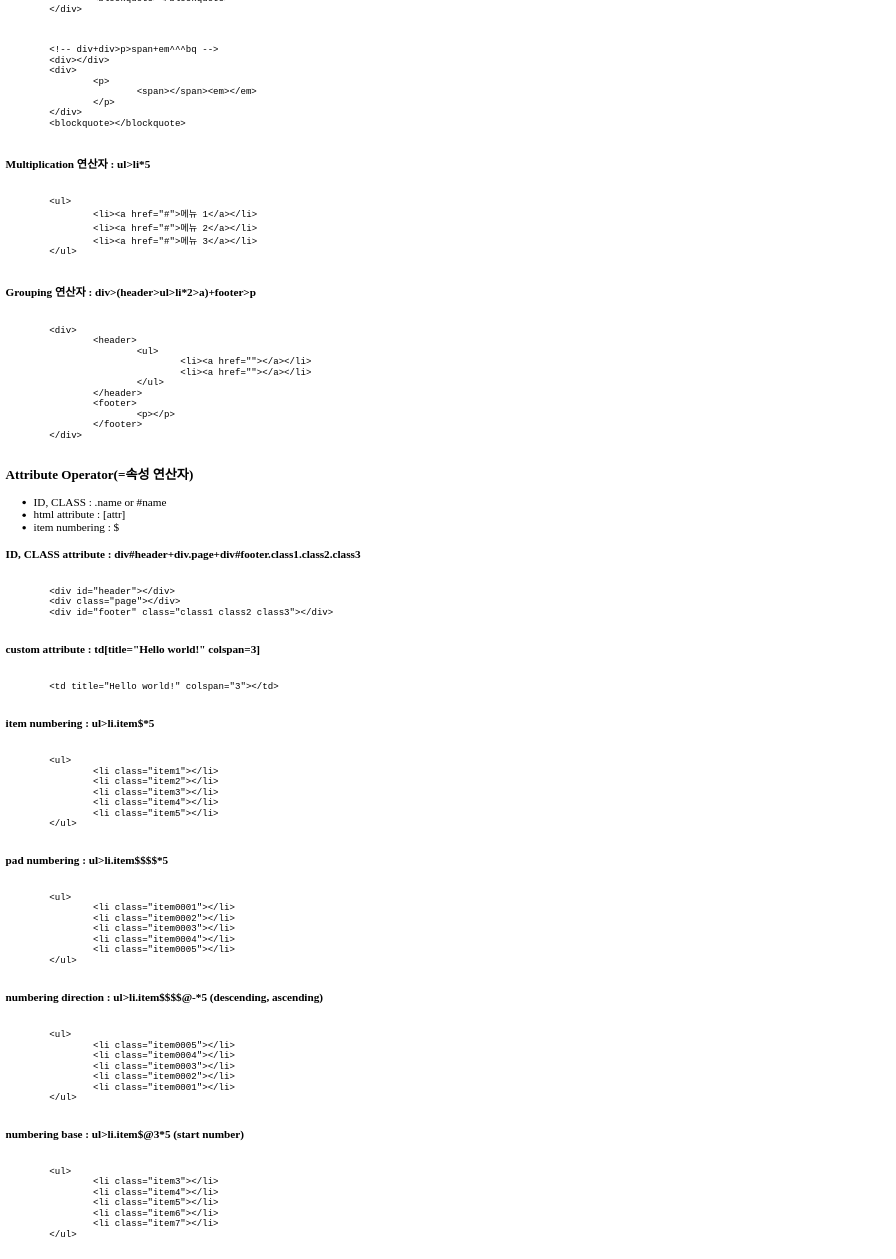
Repository: kvmhyvmvn/Study_WebUI
Page: WorkSpace/CloneCoding1/src/main/webapp/index.html
The author's editor kept a copy of each file at every save. The page is drawn from the files as they stood at one save, then again after the next save.
The browser window is 1280 px wide. The pictures show the part of the page from y = 1069 to 2989 px (the page is 2867 px tall before and 2989 px after), at 70% of full size.

Above is the page before, as saved 2023-05-30 07:44:59.

### WorkSpace/CloneCoding1/src/main/webapp/index.html
<!DOCTYPE html>
<html>
<head>
<meta charset="UTF-8">
<title>수코딩 클론</title>
<meta name="viewport" content="width=device-width, initial-scale=1.0">
</head>
<body>
	<!-- Emmet Syntax 실습 - https://docs.emmet.io/abbreviations/syntax/ -->
	<h1>Emmet이란?</h1>
	<p>코드를 고속으로 편집하거나 코딩하는데 필요한 플러그인으로 css와 문법이 유사합니다.</p>

	<h2>Emmet 사용법</h2>
	<h3>Element(=요소)</h3>
	<p>Emmet에서 HTML 마크업 요소를 작성할때는, 요소명을 적고 Tab(=확장)을 누르면 자동으로 HTML 요소로 만들어줍니다.</p>

	<h3>Nesting Operator(=중첩 연산자)</h3>
	<ul>
		<li>Child : > (자식, 자손요소 ==> 포함관계로 작성)</li>
		<li>Sibling : + (형제 ==> 중첩된 요소와 나란히 작성)</li>
		<li>Climb-Up : ^ (캐럿 ==> 중첩을 벗어나는 것)</li>
		<li>Multiplication : * (복제 ==> 여러 요소를 작성)</li>
		<li>Grouping : () (그룹은 그룹화)</li>
	</ul>

	<h4>Child 연산자 : div>ul>li</h4>
	<xmp>
	<div>
		<ul>
			<li>Child</li>
		</ul>
	</div>
	</xmp>

	<h4>Sibling 연산자 : div+p+bq</h4>
	<xmp>
	<div></div>
	<p></p>
	<blockquote></blockquote>
	</xmp>

	<h4>Climb-up 연산자 : div+div>p>span+em</h4>
	<xmp>
	<div></div>
	<div>
		<p>
			<span></span><em></em>
		</p>
	</div>
	</xmp>

	<xmp>
	<!-- div+div>p>span+em^bq -->
	<div></div>
	<div>
		<p>
			<span></span><em></em>
		</p>
		<blockquote></blockquote>
	</div>
	</xmp>

	<xmp>
	<!-- div+div>p>span+em^^^bq -->
	<div></div>
	<div>
		<p>
			<span></span><em></em>
		</p>
	</div>
	<blockquote></blockquote>
	</xmp>

	<h4>Multiplication 연산자 : ul>li*5</h4>
	<xmp>
	<ul>
		<li><a href="#">메뉴 1</a></li>
		<li><a href="#">메뉴 2</a></li>
		<li><a href="#">메뉴 3</a></li>
	</ul>
	</xmp>

	<h4>Grouping 연산자 : div>(header>ul>li*2>a)+footer>p</h4>
	<xmp>
	<div>
		<header>
			<ul>
				<li><a href=""></a></li>
				<li><a href=""></a></li>
			</ul>
		</header>
		<footer>
			<p></p>
		</footer>
	</div>
	</xmp>

	<h3>Attribute Operator(=속성 연산자)</h3>
	<ul>
		<li>ID, CLASS : .name or #name</li>
		<li>html attribute : [attr]</li>
		<li>item numbering : $</li>
	</ul>

	<h4>ID, CLASS attribute : div#header+div.page+div#footer.class1.class2.class3</h4>
	<xmp>
	<div id="header"></div>
	<div class="page"></div>
	<div id="footer" class="class1 class2 class3"></div>
	</xmp>

	<h4>custom attribute : td[title="Hello world!" colspan=3]</h4>
	<xmp>
	<td title="Hello world!" colspan="3"></td>
	</xmp>

	<h4>item numbering : ul>li.item$*5</h4>
	<xmp>
	<ul>
		<li class="item1"></li>
		<li class="item2"></li>
		<li class="item3"></li>
		<li class="item4"></li>
		<li class="item5"></li>
	</ul>
	</xmp>

	<h4>pad numbering : ul>li.item$$$$*5</h4>
	<xmp>
	<ul>
		<li class="item0001"></li>
		<li class="item0002"></li>
		<li class="item0003"></li>
		<li class="item0004"></li>
		<li class="item0005"></li>
	</ul>
	</xmp>

	<h4>numbering direction : ul>li.item$$$$@-*5 (descending, ascending)</h4>
	<xmp>
	<ul>
		<li class="item0005"></li>
		<li class="item0004"></li>
		<li class="item0003"></li>
		<li class="item0002"></li>
		<li class="item0001"></li>
	</ul>
	</xmp>

	<h4>numbering base : ul>li.item$@3*5 (start number)</h4>
	<xmp>
	<ul>
		<li class="item3"></li>
		<li class="item4"></li>
		<li class="item5"></li>
		<li class="item6"></li>
		<li class="item7"></li>
	</ul>
	</xmp>
</body>
</html>

After the next save:
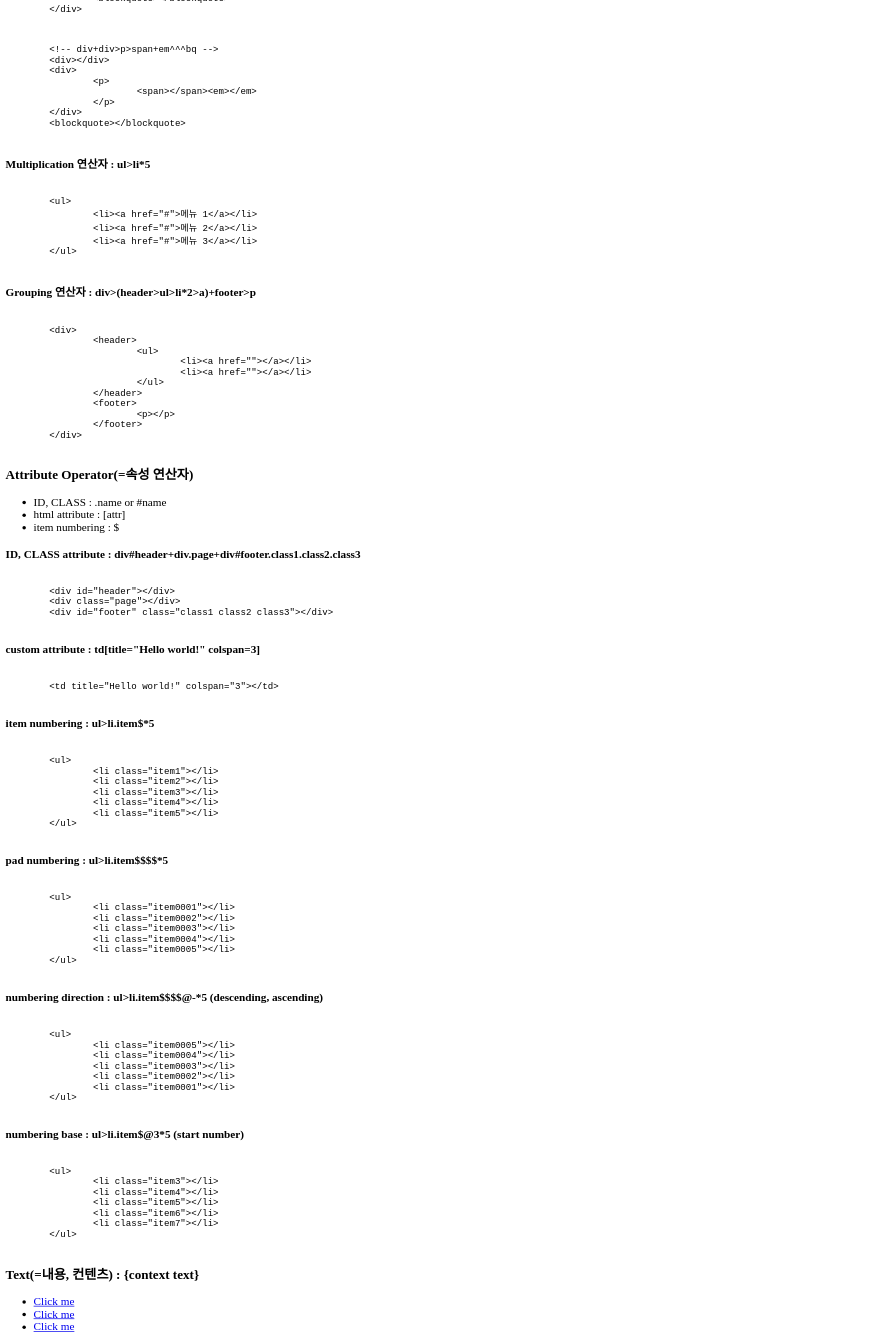
Saved 61 s later.
--- a/WorkSpace/CloneCoding1/src/main/webapp/index.html
+++ b/WorkSpace/CloneCoding1/src/main/webapp/index.html
@@ -157,5 +157,12 @@
 		<li class="item7"></li>
 	</ul>
 	</xmp>
+
+	<h3>Text(=내용, 컨텐츠) : {context text}</h3>
+	<ul>
+		<li><a href="#">Click me</a></li>
+		<li><a href="#">Click me</a></li>
+		<li><a href="#">Click me</a></li>
+	</ul>
 </body>
 </html>
